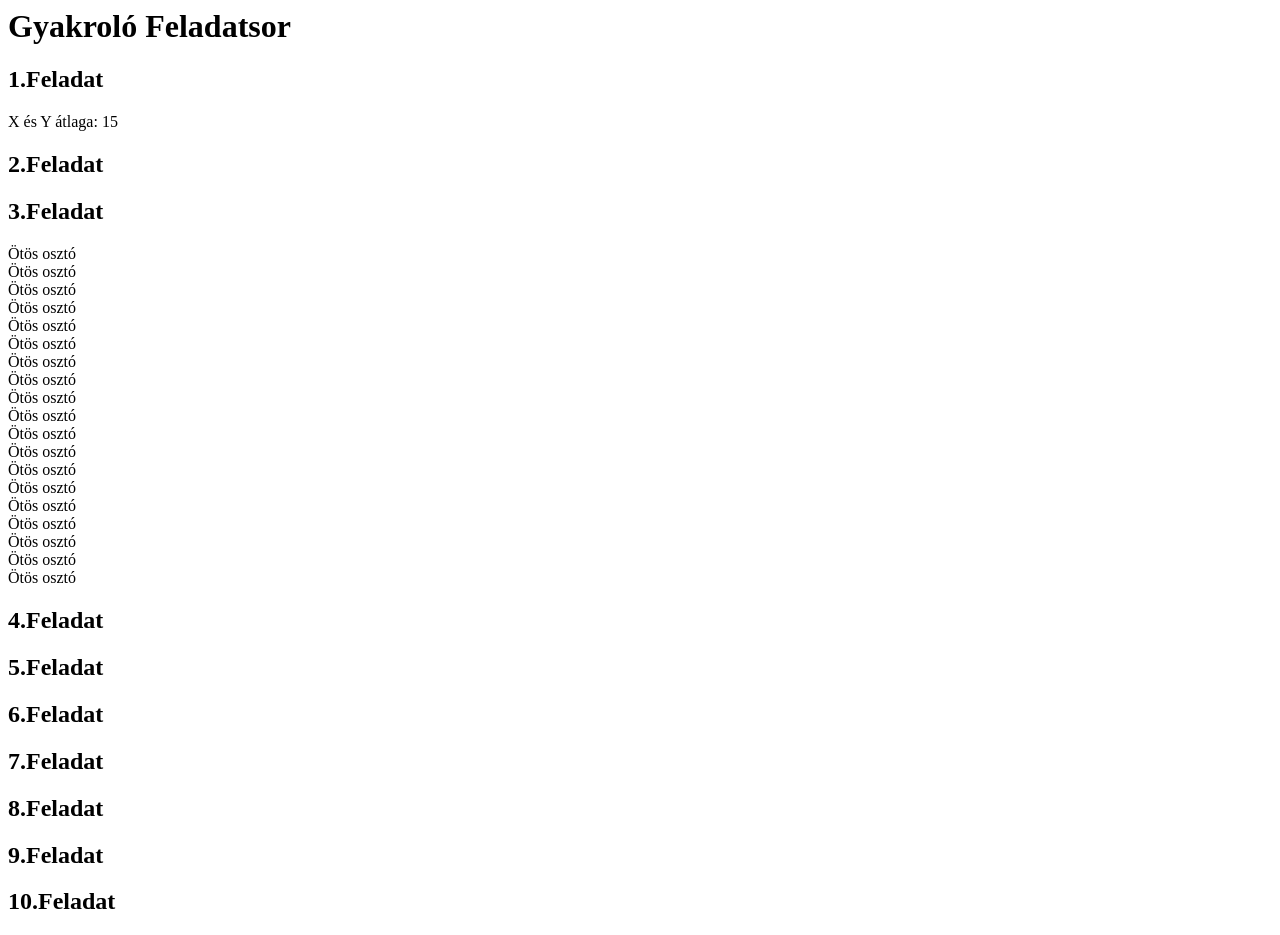
Repository: doomhyena/htdocs
Page: http://localhost/00.Home/02.masodikresz.php
These files come from the project's save history. The page is drawn as it stood at one moment and after the next save; the edit follows.
The browser window is 1280 px wide. The pictures show the whole page.
The page is run by PHP 8.4 with error messages shown; the project is at /var/www/html/.

Above is the page before, as saved 2024-09-17 15:00:41.

After the next save:
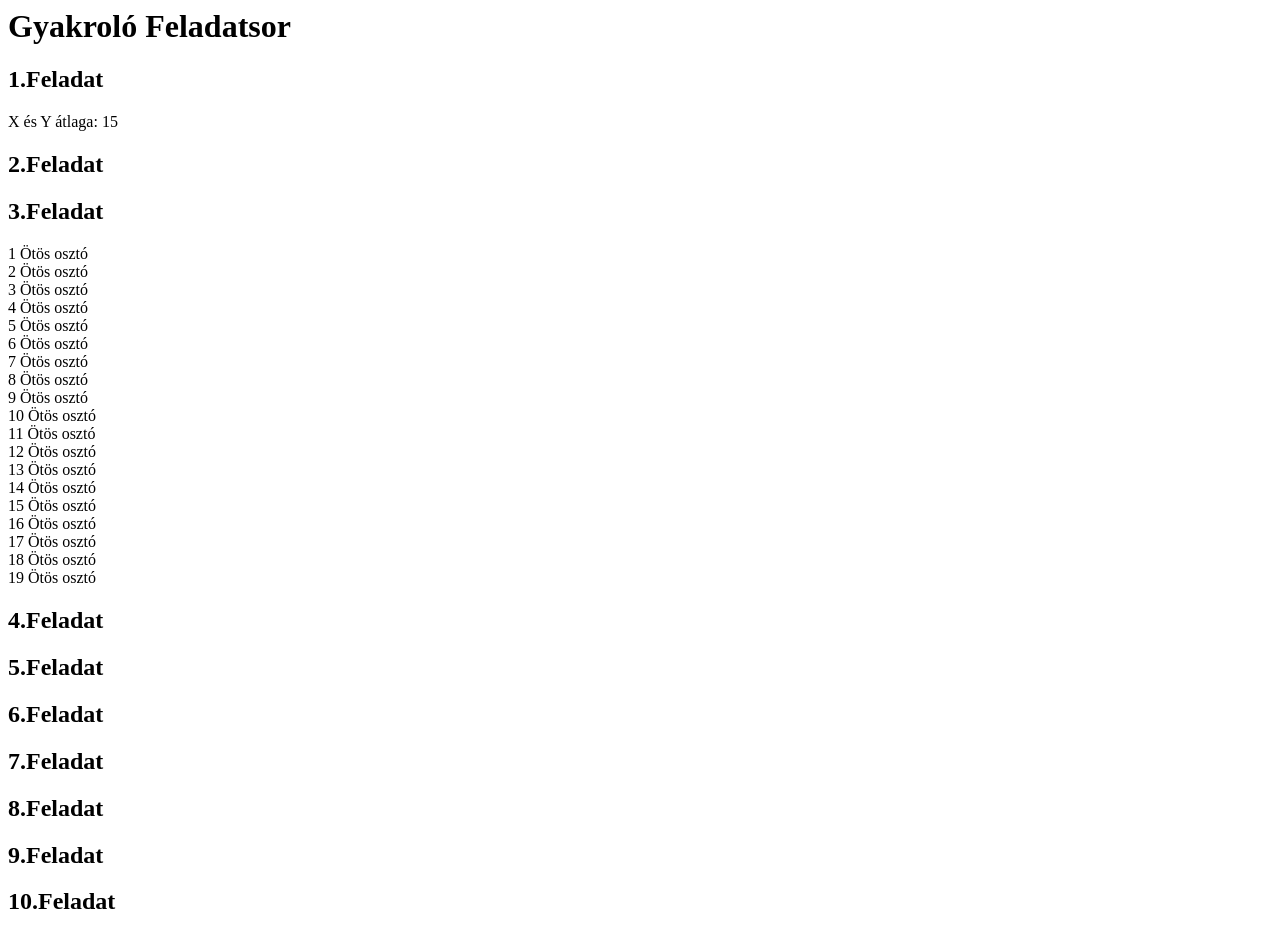
Saved 11 s later.
--- a/00.Home/02.masodikresz.php
+++ b/00.Home/02.masodikresz.php
@@ -47,7 +47,8 @@ echo "<h2> 3.Feladat </h2>";
 
 for ($i = 0; $i < 20; $i++) {
     if ($i/5) {
-        echo "Ötös osztó <br>";
+        echo "$i Ötös osztó <br>";
+
     }
 }
 
